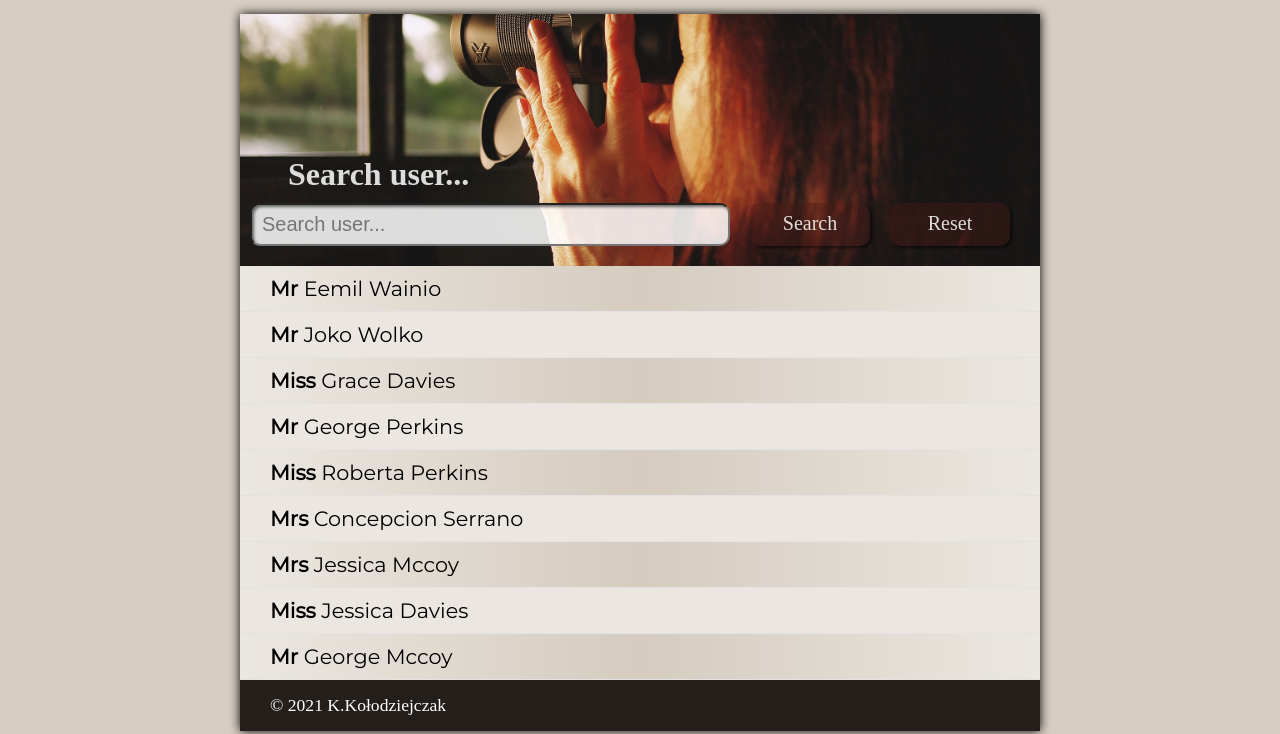
Repository: KrzysKolo/sr_tydzien5_zad4
Page: /
The author's editor kept a copy of each file at every save. The page is drawn from the files as they stood at one save, then again after the next save.
The browser window is 1280 px wide. The pictures show the whole page.
Some web fonts or font styles are not loaded; a fallback is used. The project was rebuilt for these pictures with package versions that can differ from the ones it lists, and the page was loaded fresh each time. Also part of the build but not shown: src/components/userContainerComponents/Error.js.

Above is the page before, as saved 2021-01-05 15:50:19.

### public/index.html
<!DOCTYPE html>
<html lang="en">
  <head>
    <meta charset="utf-8" />
    <link rel="icon" href="%PUBLIC_URL%/favicon.ico" />
    <meta name="viewport" content="width=device-width, initial-scale=1" />
    <meta name="theme-color" content="#000000" />
    <meta
      name="description"
      content="Web site created using create-react-app"
    />
    <link rel="apple-touch-icon" href="%PUBLIC_URL%/logo192.png" />
    <!--
      manifest.json provides metadata used when your web app is installed on a
      user's mobile device or desktop. See https://developers.google.com/web/fundamentals/web-app-manifest/
    -->
    <link rel="manifest" href="%PUBLIC_URL%/manifest.json" />
    <!--
      Notice the use of %PUBLIC_URL% in the tags above.
      It will be replaced with the URL of the `public` folder during the build.
      Only files inside the `public` folder can be referenced from the HTML.

      Unlike "/favicon.ico" or "favicon.ico", "%PUBLIC_URL%/favicon.ico" will
      work correctly both with client-side routing and a non-root public URL.
      Learn how to configure a non-root public URL by running `npm run build`.
    -->
    <link rel="preconnect" href="https://fonts.gstatic.com">
<link href="https://fonts.googleapis.com/css2?family=Finger+Paint&family=Montserrat&family=Over+the+Rainbow&family=Peralta&display=swap" rel="stylesheet">
    <title>User search</title>
  </head>
  <body>
    <noscript>You need to enable JavaScript to run this app.</noscript>
    <div id="root"></div>
    <!--
      This HTML file is a template.
      If you open it directly in the browser, you will see an empty page.

      You can add webfonts, meta tags, or analytics to this file.
      The build step will place the bundled scripts into the <body> tag.

      To begin the development, run `npm start` or `yarn start`.
      To create a production bundle, use `npm run build` or `yarn build`.
    -->
  </body>
</html>

### src/App.js
import React from 'react';
import UsersContainer from './components/UsersContainer';
import './App.css';


const App = () => {

  return (
    <>
      <UsersContainer/>
    </>
  )
}

export default App;

### src/components/UsersContainer.js
import React, { useState, useEffect } from 'react';
import { Header, UserList, Footer, Error, Loading } from './userContainerComponents/'


const UsersContainer = () => {

  const UsersAPI = '/users.json';

  const [users, setUsers ] = useState([]);
  const [loading, setLoading] = useState(true);
  const [isErr, setIsErr] = useState(false);


  useEffect(() => {
    getUsers();
  }, []);

  const getUsers = () => {
    let timer = setTimeout(() => {
      fetch(UsersAPI)
      .then(res => {
        if (res.ok) {
        return res;
        }
        throw Error(res.status);
        })
      .then(res => res.json())
      .then(data => {
        console.log(data.users);
        setUsers(data.users);
        setLoading(false);
        clearTimeout(timer);
      })
      .catch(error => setIsErr(`The problem is with: ${error}`));
    }, 500);
  }

 /*  const handleChange = (e) => {
      const value = e.target.value.toLowerCase();
      setSearchValue(value);
      console.log(value);
      };
 */
    /* const handleSubmit = (e) => {
        console.log("klikm ;)");
      e.preventDefault();
      setIsErr("")
      if (searchValue !== "") {
      console.log(`sent ${searchValue}`);

      } else {
        setIsErr("Enter username!!");
      }
      };
 */
   /*  const handleReset = (e) => {
      console.log("reset");
      setSearchValue("");
      getUsers(setUsers);
      setLoading(true);
    }; */

    return (
        <section>
					<Header isErr={isErr}  />
          { loading ? <Loading/> : <UserList users={users}/>}
          { isErr && <Error isErr={setIsErr}/> }
          <Footer />
        </section>
    )

}

export default UsersContainer;

### src/App.css
* {
  box-sizing: border-box;
  padding: 0;
  margin: 0;
}
body {
  height: 100vh;
  width: 100vw;
  background-color: rgba(206, 194, 179, 0.8);
}
section {
  margin: 2vh auto;
  width: 70%;
  max-width: 800px;
  display: flex;
  flex-direction: column;
  box-shadow: 0 0 10px #000;
}
.header__section {
  height: 35vh;
  background-image: url("./images/girl.jpg");
  background-position: center;
  background-size: cover;
  display: flex;
  flex-direction: column;
  justify-content: flex-end;
}
.header__title {
  font-size: 2rem;
  font-family: "Peralta", cursive;
  margin: 0 auto 10px 3rem;
  color: rgba(255, 255, 255, 0.85);
}
.header__search-wrapper {
  width: 100%;
  margin-bottom: 20px;
  display: flex;
  justify-content: space-around;
}
.header__search {
  padding: 8px 10px;
  width: 60%;
  border-radius: 10px;
  background-color: rgba(255, 255, 255, 0.85);
  box-shadow: inset 2px 2px 3px 0px rgba(0, 0, 0, 0.55);
  font-size: 20px;
}
.header__search-btn {
  background: rgba(71, 26, 20, 0.4);
  color: rgba(255, 255, 255, 0.85);
  width: 15%;
  border-radius: 10px;
  box-shadow: 2px 2px 3px 0px rgba(0, 0, 0, 0.55);
  font-size: 20px;
  text-align: center;
  line-height: 40px;
  transition: 0.2s all ease;
  cursor: pointer;
}
.header__search-btn:hover {
  background: rgba(65, 28, 24, 1);
}
.user {
  font-size: 1.3rem;
  font-family: "Montserrat", sans-serif;
  padding: 10px 30px;
  list-style: none;
  border-bottom: 1px solid rgb(226, 226, 226);
  background-color: rgba(255, 255, 255, 0.5);
}
.user:nth-child(odd) {
  background: linear-gradient(
    90deg,
    rgba(255, 255, 255, 0.5) 0%,
    rgba(206, 194, 179, 0.2) 50%,
    rgba(255, 255, 255, 0.5) 100%
  );
}
.footer__wrapper {
  background-color: rgb(36, 31, 27);
  color: white;
  font-size: 1.1rem;
  padding: 10px 30px;
  width: 100%;
  height: 7vh;
  display: flex;
  align-items: center;
}
.error {
  color: rgb(195, 1, 4);
  padding: 10px;
  text-align: center;
  font-size: 1.2rem;
}

### src/components/userContainerComponents/index.js
export { default as Footer } from './Footer';
export { default as Header } from './Header';
export { default as UserList } from './UserList';
export { default as Error } from './Error';
export { default as Loading } from './Loading';

### src/components/userContainerComponents/Footer.js
import React from 'react';

const Footer = () => {
    return (
        <div className="footer__wrapper">
           © 2021 K.Kołodziejczak
        </div>
    )
}

export default Footer;

### src/components/userContainerComponents/Header.js
import React from 'react';
import { SearchUser } from './../searchComponents/';

const Header = ({isErr }) => {
   return (
        <div className="header__section">
            <h1 className="header__title">Search user...</h1>
            <SearchUser isErr={isErr} />
        </div>
    )
}

export default Header;

### src/components/userContainerComponents/UserList.js
import React from 'react';
import Loading from './Loading';

const UserList = ( { loading, users }) => {

    const user = users.map(user => (
        <li className="user" key={user.id}><b>{user.title}</b> {user.first} {user.last}</li>
      ))
    return (
        loading ? <Loading /> : <ul>{user}</ul>
    )
}

export default UserList;

### src/components/userContainerComponents/Loading.js
import React from 'react';
import spinner from './../../images/spinner.gif'
const Loading = () => {
    return (
        <img src={spinner} style={{width: 200, margin: 'auto', display: 'block'}} alt="Loading"/>
     );
}

export default Loading;

### src/components/searchComponents/index.js
export { default as SearchUser } from './SearchUser';

### src/components/searchComponents/SearchUser.js
import React, { useState, useRef } from 'react';
import { Button, Input } from './../formComponents/'
const SearchUser = () => {

	const [searchValue, setSearchValue] = useState("");

	const handleChange = (e) => {
		const value = e.target.value.toLowerCase();
		setSearchValue(value);
		console.log(value);
		};
		const nameInput = useRef();
		const handleFocus = () => {
			nameInput.current.focus();
			nameInput.current.value = "Wpisz dane";
			nameInput.current.style.color = '#f00';
		}
	const handleSubmit = (e) => {
		e.preventDefault();

		if(searchValue === "")
		{
			handleFocus();
			console.log("brak")
		}
		else {
		console.log(`send ${searchValue}`);
		}
	};


	const handleReset = () => {
		/* resetUsers(); */
		console.log("reset");
		setSearchValue('');

}

    return (
        <>
					<form className="header__search-wrapper" onSubmit={handleSubmit}>
          	<Input type="text" onChange={handleChange} value={searchValue} />
            <Button values="Search" onClick={handleSubmit} />
            <Button values="Reset" onClick={handleReset} />
						<p ref={nameInput}/>
          </form>
        </>
    )
}

export default SearchUser;

### src/components/formComponents/index.js
export { default as Button} from './Button';
export { default as Input } from './Input';

### src/components/formComponents/Button.js
import React from 'react';

const Button = ({ values, onClick }) => {
    return (
        <div className="header__search-btn" onClick={onClick}>
            {values}
        </div>
    )
}

export default Button;

### src/components/formComponents/Input.js
import React from 'react';

const Input = ({ type, searchValue, onChange }) => {
    return (
        <>
          <input className="header__search" type={type} value={searchValue} onChange={onChange} placeholder="Search user..." />
        </>
    )
}

export default Input;

### public/users.json
{
    "users": [
      {
        "id": 1,
        "title": "Mr",
        "first": "Eemil",
        "last": "Wainio"
       },
      {
        "id": 2,
        "title": "Mr",
        "first": "Joko",
        "last": "Wolko"
      },
      {
        "id": 3,
        "title": "Miss",
        "first": "Grace",
        "last": "Davies"
      },
      {
        "id": 4,
        "title": "Mr ",
        "first": "George ",
        "last": "Perkins"
      },
      {
        "id": 5,
        "title": "Miss",
        "first": "Roberta ",
        "last": "Perkins"
      },
      {
        "id": 6,
        "title": "Mrs ",
        "first": "Concepcion ",
        "last": "Serrano"
      },
      {
        "id": 7,
        "title": "Mrs ",
        "first": "Jessica ",
        "last": "Mccoy"
      },
      {
        "id": 8,
        "title": "Miss",
        "first": "Jessica",
        "last": "Davies"
      },
      {
        "id": 9,
        "title": "Mr",
        "first": "George",
        "last": "Mccoy"
      }
    ]
  }

Loaded but not shown: src/index.js (common file)

After the next save:
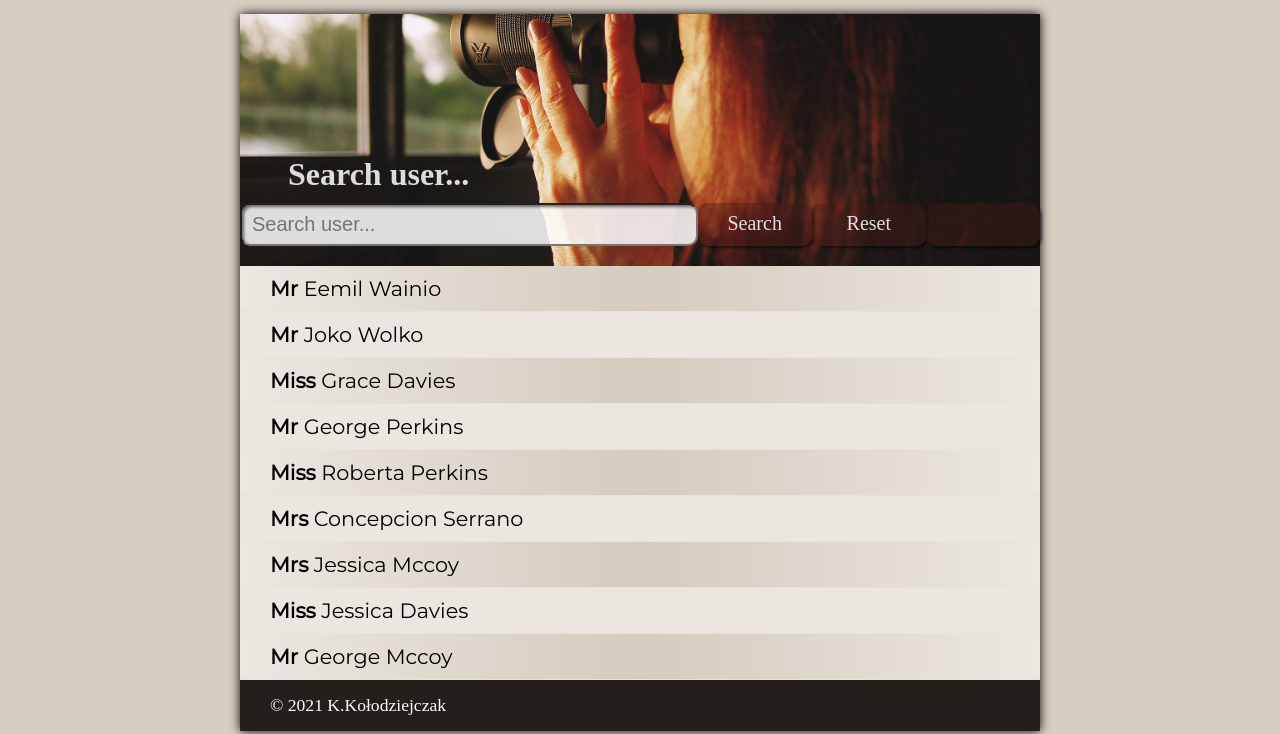
Saved 35 s later.
--- a/src/components/searchComponents/SearchUser.js
+++ b/src/components/searchComponents/SearchUser.js
@@ -42,7 +42,7 @@ const SearchUser = () => {
           	<Input type="text" onChange={handleChange} value={searchValue} />
             <Button values="Search" onClick={handleSubmit} />
             <Button values="Reset" onClick={handleReset} />
-						<p ref={nameInput}/>
+						<Button ref={nameInput}/>
           </form>
         </>
     )
